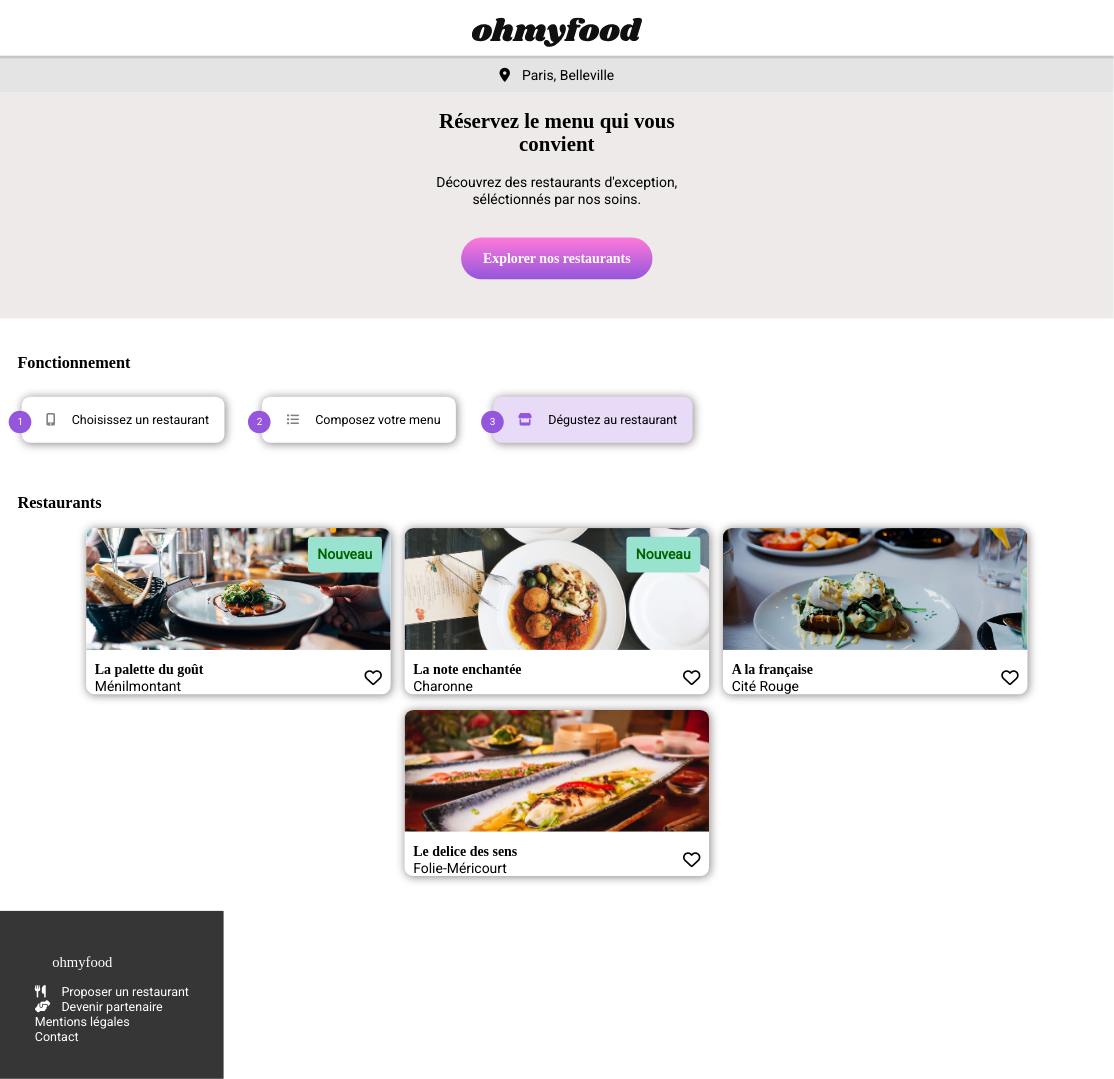
Repository: Micka-17/boimickael_3_16042021
Page: index.html
An editor plug-in stored every save of this project. The page is shown before and after the next save, followed by the edit.
The browser window is 1280 px wide. The pictures show the whole page, at 87% of full size.
Some web fonts or font styles are not loaded; a fallback is used. Some web libraries are served in a nearby version. The style sheet was rebuilt from its Sass, Less or Tailwind sources for each picture, by a compiler version that may differ from the author's.

Above is the page before, as saved 2021-05-25 08:55:08.

After the next save:
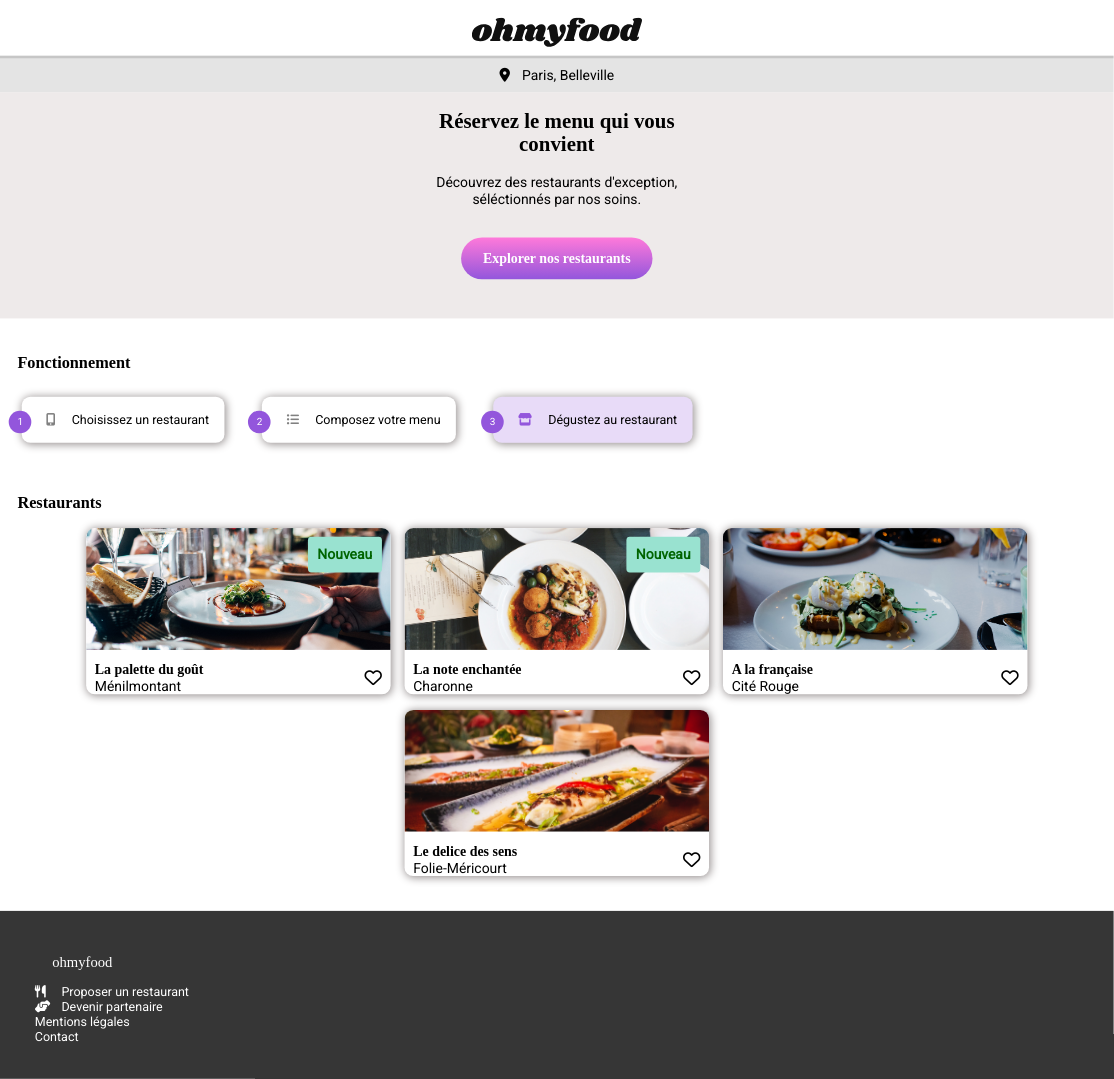
Saved 8 s later.
--- a/sass/style.scss
+++ b/sass/style.scss
@@ -455,13 +455,6 @@ img {
 #end {
     font-family: 'Roboto', sans-serif;
     font-size: 0.9em;
-    @media (min-width: 430px) {
-        max-width: 450px;
-    }
-        @media (min-width: 1000px) {
-            display: flex;
-            min-width: 100%;
-        }
 }
 
 //page la note enchantee
